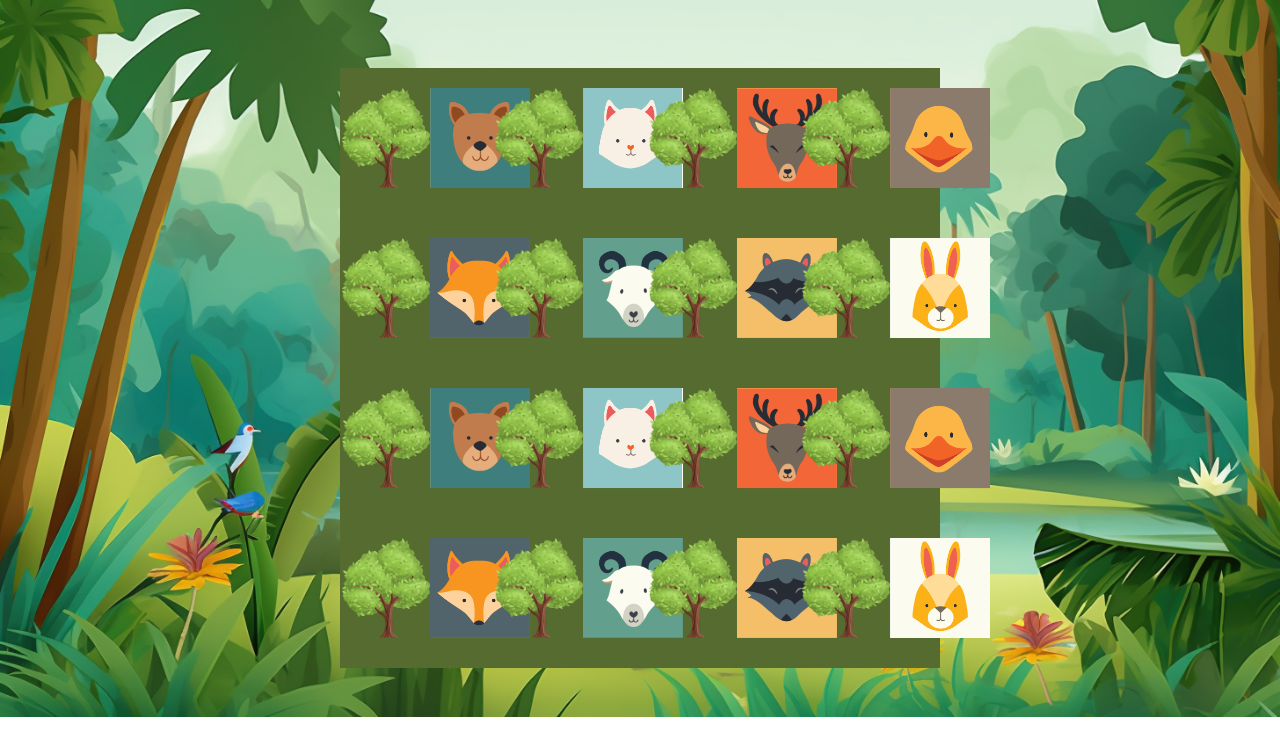
Repository: GloGlorGloria/frontend-final-project
Page: index.html
An editor plug-in stored every save of this project. The page is shown before and after the next save, followed by the edit.
The browser window is 1280 px wide. The pictures show the whole page.
Some web fonts or font styles are not loaded; a fallback is used.

Above is the page before, as saved 2024-05-14 11:39:57.

### index.html
<!DOCTYPE html>
<html lang="en">
<head>
    <meta charset="UTF-8">
    <meta name="viewport" content="width=device-width, initial-scale=1.0">
    <title>Final Project - Memory Card Game</title>
    <link rel ="stylesheet" href ="style.css">
    <link rel="preconnect" href="https://fonts.googleapis.com">
    <link rel="preconnect" href="https://fonts.gstatic.com" crossorigin>
    <link href="https://fonts.googleapis.com/css2?family=Poetsen+One&display=swap" rel="stylesheet">
</head>
<body>
    <div class="cardContainer">
        <ul class="cards">
            <li class="card">
                <div class="cardClosed">
                    <img class="cardClosedImage" src ="images/tree_cardClosed.png" alt="card closed image">
                </div>
                <div class="cardOpened">
                    <img class="cardImage" src ="images/bear.png" alt="card image">
                </div>
            </li>
            <li class="card">
                <div class="cardClosed">
                    <img class="cardClosedImage" src ="images/tree_cardClosed.png" alt="card closed image">
                </div>
                <div class="cardOpened">
                    <img class="cardImage" src ="images/cat.png" alt="card image">
                </div>
            </li>
            <li class="card">
                <div class="cardClosed">
                    <img class="cardClosedImage" src ="images/tree_cardClosed.png" alt="card closed image">
                </div>
                <div class="cardOpened">
                    <img class="cardImage" src ="images/deer.png" alt="card image">
                </div>
            </li>
            <li class="card">
                <div class="cardClosed">
                    <img class="cardClosedImage" src ="images/tree_cardClosed.png" alt="card closed image">
                </div>
                <div class="cardOpened">
                    <img class="cardImage" src ="images/duck.png" alt="card image">
                </div>
            </li>
            <li class="card">
                <div class="cardClosed">
                    <img class="cardClosedImage" src ="images/tree_cardClosed.png" alt="card closed image">
                </div>
                <div class="cardOpened">
                    <img class="cardImage" src ="images/fox.png" alt="card image">
                </div>
            </li>
            <li class="card">
                <div class="cardClosed">
                    <img class="cardClosedImage" src ="images/tree_cardClosed.png" alt="card closed image">
                </div>
                <div class="cardOpened">
                    <img class="cardImage" src ="images/goat.png" alt="card image">
                </div>
            </li>
            <li class="card">
                <div class="cardClosed">
                    <img class="cardClosedImage" src ="images/tree_cardClosed.png" alt="card closed image">
                </div>
                <div class="cardOpened">
                    <img class="cardImage" src ="images/raccoon.png" alt="card image">
                </div>
            </li>
            <li class="card">
                <div class="cardClosed">
                    <img class="cardClosedImage" src ="images/tree_cardClosed.png" alt="card closed image">
                </div>
                <div class="cardOpened">
                    <img class="cardImage" src ="images/rabbit.png" alt="card image">
                </div>
            </li>
            <li class="card">
                <div class="cardClosed">
                    <img class="cardClosedImage" src ="images/tree_cardClosed.png" alt="card closed image">
                </div>
                <div class="cardOpened">
                    <img class="cardImage" src ="images/bear.png" alt="card image">
                </div>
            </li>
            <li class="card">
                <div class="cardClosed">
                    <img class="cardClosedImage" src ="images/tree_cardClosed.png" alt="card closed image">
                </div>
                <div class="cardOpened">
                    <img class="cardImage" src ="images/cat.png" alt="card image">
                </div>
            </li>
            <li class="card">
                <div class="cardClosed">
                    <img class="cardClosedImage" src ="images/tree_cardClosed.png" alt="card closed image">
                </div>
                <div class="cardOpened">
                    <img class="cardImage" src ="images/deer.png" alt="card image">
                </div>
            </li>
            <li class="card">
                <div class="cardClosed">
                    <img class="cardClosedImage" src ="images/tree_cardClosed.png" alt="card closed image">
                </div>
                <div class="cardOpened">
                    <img class="cardImage" src ="images/duck.png" alt="card image">
                </div>
            </li>
            <li class="card">
                <div class="cardClosed">
                    <img class="cardClosedImage" src ="images/tree_cardClosed.png" alt="card closed image">
                </div>
                <div class="cardOpened">
                    <img class="cardImage" src ="images/fox.png" alt="card image">
                </div>
            </li>
            <li class="card">
                <div class="cardClosed">
                    <img class="cardClosedImage" src ="images/tree_cardClosed.png" alt="card closed image">
                </div>
                <div class="cardOpened">
                    <img class="cardImage" src ="images/goat.png" alt="card image">
                </div>
            </li>
            <li class="card">
                <div class="cardClosed">
                    <img class="cardClosedImage" src ="images/tree_cardClosed.png" alt="card closed image">
                </div>
                <div class="cardOpened">
                    <img class="cardImage" src ="images/raccoon.png" alt="card image">
                </div>
            </li>
            <li class="card">
                <div class="cardClosed">
                    <img class="cardClosedImage" src ="images/tree_cardClosed.png" alt="card closed image">
                </div>
                <div class="cardOpened">
                    <img class="cardImage" src ="images/rabbit.png" alt="card image">
                </div>
            </li>
        </ul>
    </div>

    <script src="script.js"></script>
</body>
</html>

### style.css
.poetsen-one-regular {
    font-family: "Poetsen One", sans-serif;
    font-weight: 400;
    font-style: normal;
  }

body{
  display:flex;
  align-items: center;
  justify-content: center;
  min-height: 100vh;
  background-image: url(images/forest.jpeg);
  background-size: 100%;
  background-repeat: no-repeat;
}

.cardImage{
  width:100px;
  height:100px;
}

.cardClosedImage{
  width:100px;
  height: 100px;
}

.cardContainer{
  width: 600px;
  height: 600px;
  background-color: darkolivegreen;
  margin:0;
  padding:0;
}

.cards, .card, .cardClosed, .cardOpened{
  display: flex;
  width:100%;
  height:100%;
}

.cards{
  flex-wrap:wrap;
  margin: 0 auto;
  padding: 20px;
  justify-content: space-between;
}

.card .cardClosed {
  max-width: 50%;
}

.cards .card {
  cursor: pointer;
  position: relative;
  height: calc(100% /4 - 10px);
  width: calc(100% /4 - 10px);
  perspective: 800px;
  transform-style: preserve-3d;
}

/* this is not working */
.cards .card .cardClosed .cardOpened{
  width:100%;
  height:100%;
  position: absolute;
  pointer-events: none;
  user-select: none;
  transition: transform 0.25s linear;
  backface-visibility:hidden;
}

.card .cardClosed{
  transform: rotateY(-180deg);
}

.card.hover .cardClosed{
  transform: rotateY(0);
  /* display: none; */
}


.card.hover .cardOpened{
  transform: rotateY(180deg);
  /* display: none; */
}

### script.js
const cards = document.querySelectorAll(".card");

let cardOne, cardTwo;

function flipCard(e) {
    let clickedCard = e.target;
    if(clickedCard !== cardOne) {
        clickedCard.classList.add("flip");
        if(!cardOne) {
            return cardOne = clickedCard;
        }
        cardTwo = clickedCard;

        let cardOneImg = cardOne.querySelector("img"),
        cardTwoImg = cardTwo.querySelector("img");
        matchCards(cardOneImg, cardTwoImg);
    }
}

function matchCards(img1, img2) {
    console.log(img1, img2);
}

cards.forEach(card => {
    card.addEventListener("click", flipCard);
});

After the next save:
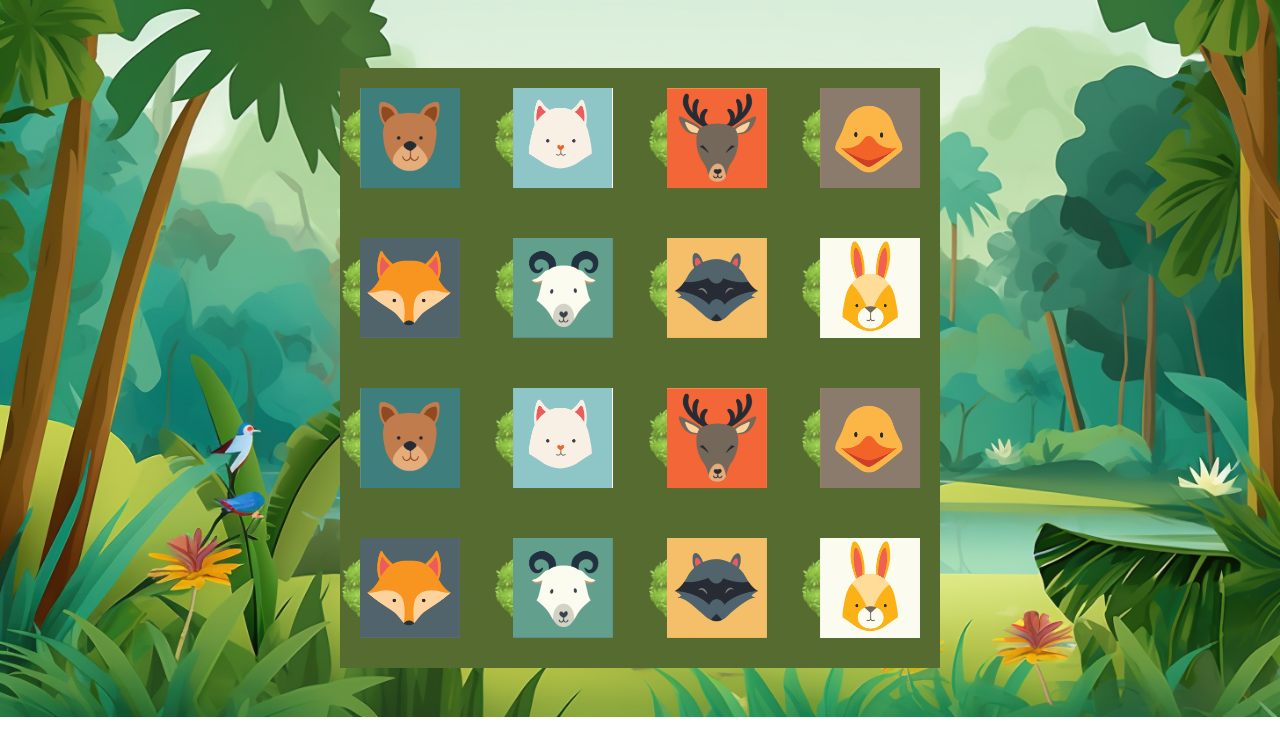
Saved 76 s later.
--- a/style.css
+++ b/style.css
@@ -59,7 +59,7 @@ body{
 }
 
 /* this is not working */
-.cards .card .cardClosed .cardOpened{
+.cards .card .cardOpened{
   width:100%;
   height:100%;
   position: absolute;
